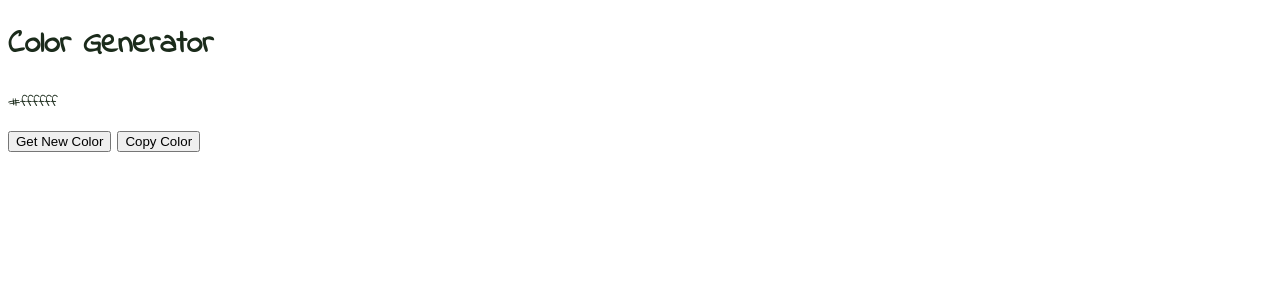
Repository: codimis/JSB-01-Color-Changer
Page: index.html
These files come from the project's save history. The page is drawn as it stood at one moment and after the next save; the edit follows.
The browser window is 1280 px wide. The pictures show the whole page.

Above is the page before, as saved 2021-09-17 01:35:37.

### index.html
<!DOCTYPE html>
<html lang="en">
<head>
    <meta charset="UTF-8">
    <meta http-equiv="X-UA-Compatible" content="IE=edge">
    <meta name="viewport" content="width=device-width, initial-scale=1.0">
    <title>Color Generator</title>
    <link rel="stylesheet" href="style.css" />
    <script defer src="color.js"></script>
</head>
<body>
    <div class="container">
        <h1>Color Generator</h1>
        <p id="currentColor">#ffffff</p>
        <button id="pickColor" onclick="setColor()">Get New Color</button>
        <button id="copyColor" onclick="copyColor()">Copy Color</button></div>
</body>
</html>

### style.css
@import url('https://fonts.googleapis.com/css2?family=Indie+Flower&display=swap');

:root {
    --color-dark: #1b2b1b;
    --color-light: #efefef;
}

body {
    font-family: "Indie Flower", sans-serif;
    color: var(--color-dark)

}

Loaded but not shown: color.js (no stored copy; drawn as an empty file)

After the next save:
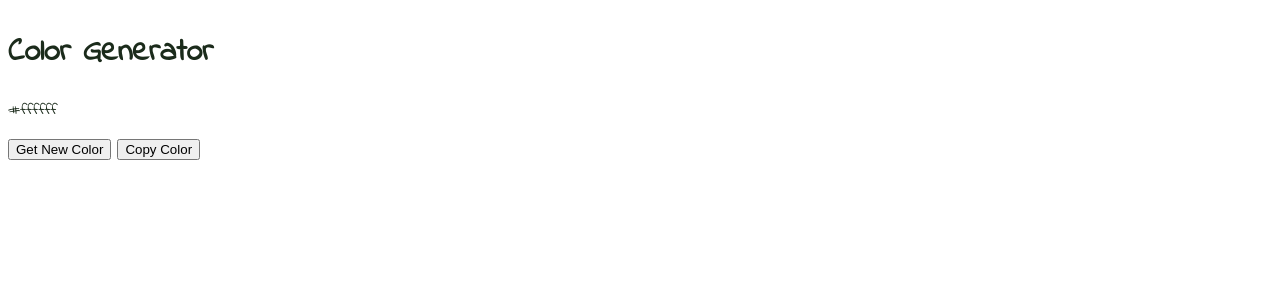
Saved 11 s later.
--- a/style.css
+++ b/style.css
@@ -7,6 +7,7 @@
 
 body {
     font-family: "Indie Flower", sans-serif;
-    color: var(--color-dark)
+    color: var(--color-dark);
+    display: grid;
 
 }
